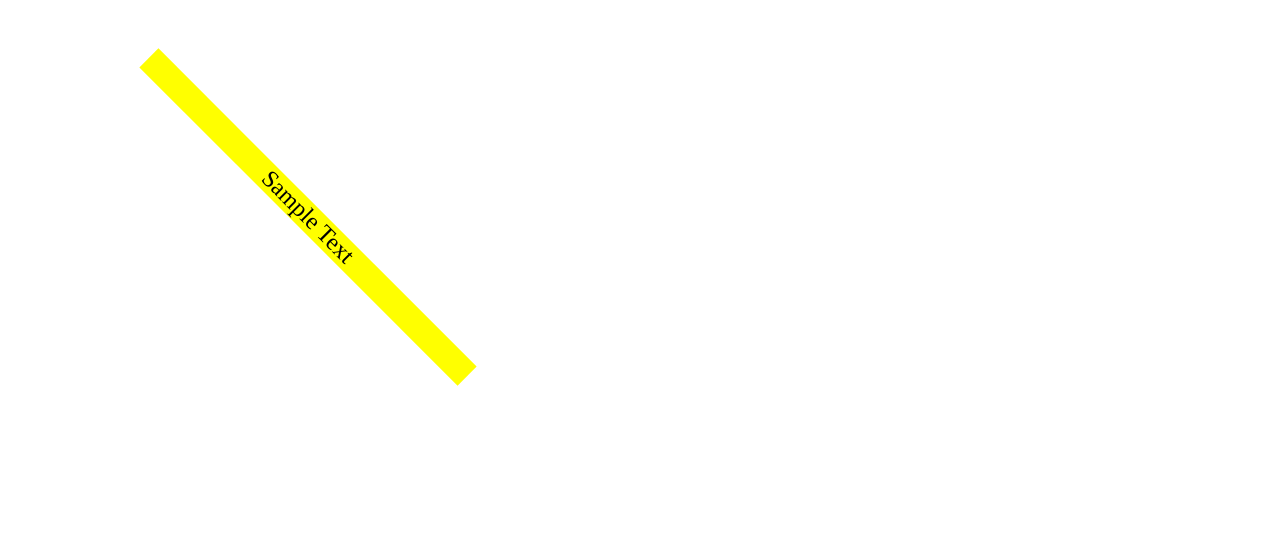
Repository: lixinso/html5
Page: workspace/CSS3/WebContent/transform/transform_origin.html
These files come from the project's save history. The page is drawn as it stood at one moment and after the next save; the edit follows.
The browser window is 1280 px wide. The pictures show the whole page.

Above is the page before, as saved 2011-05-28 14:19:43.

### workspace/CSS3/WebContent/transform/transform_origin.html
<?xml version="1.0" encoding="UTF-8" ?>
<!DOCTYPE html PUBLIC "-//W3C//DTD XHTML 1.0 Transitional//EN" "http://www.w3.org/TR/xhtml1/DTD/xhtml1-transitional.dtd">
<html xmlns="http://www.w3.org/1999/xhtml">
<head>
<meta http-equiv="Content-Type" content="text/html; charset=UTF-8" />
<title>Insert title here</title>
	<style type="text/css">
		div{
			width: 300px;
			background-color: yellow;
			text-align: center;
			-webkit-transform: translate(150px,200px) rotate(45deg) scale(1.5);
		}
	</style>
</head>
<body>
	<div>Sample Text</div>
</body>
</html>

After the next save:
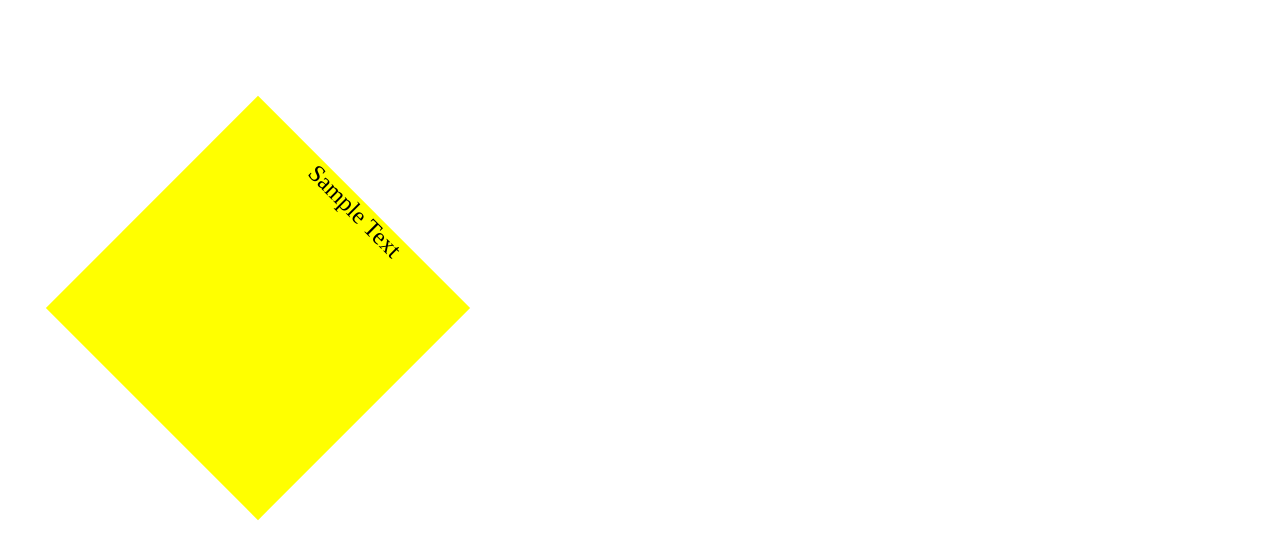
Saved 3 min 16 s later.
--- a/workspace/CSS3/WebContent/transform/transform_origin.html
+++ b/workspace/CSS3/WebContent/transform/transform_origin.html
@@ -6,7 +6,8 @@
 <title>Insert title here</title>
 	<style type="text/css">
 		div{
-			width: 300px;
+			width: 200px;
+			height: 200px;
 			background-color: yellow;
 			text-align: center;
 			-webkit-transform: translate(150px,200px) rotate(45deg) scale(1.5);
